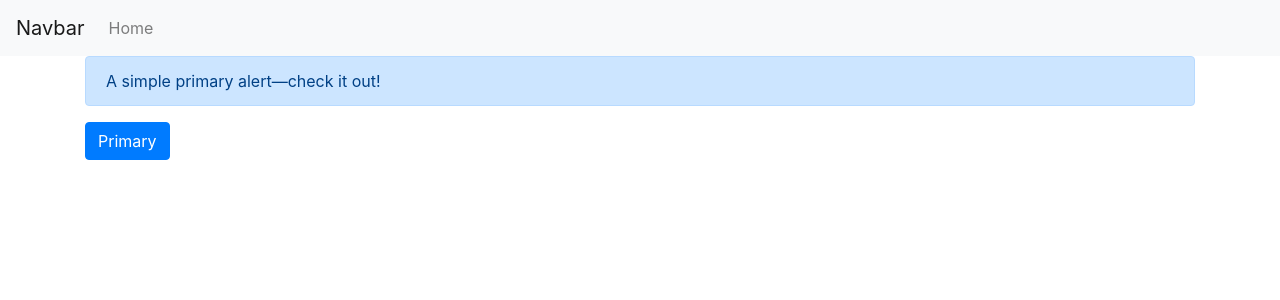
Repository: woodyalan/bootstrap-4
Page: componentes.html
The author's editor kept a copy of each file at every save. The page is drawn from the files as they stood at one save, then again after the next save.
The browser window is 1280 px wide. The pictures show the whole page.

Above is the page before, as saved 2020-09-08 22:49:45.

After the next save:
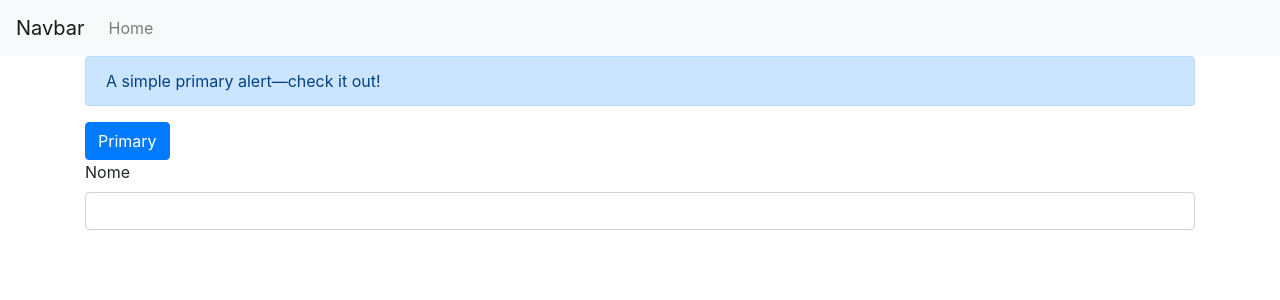
Saved 2 min 26 s later.
--- a/componentes.html
+++ b/componentes.html
@@ -37,6 +37,13 @@
       <div class="alert alert-primary" role="alert">A simple primary alert—check it out!</div>
 
       <button type="button" class="btn btn-primary">Primary</button>
+
+      <form>
+        <div class="form-group">
+          <label for="nome">Nome</label>
+          <input type="text" class="form-control" name="nome" />
+        </div>
+      </form>
     </div>
 
     <!-- JS, Popper e jQuery -->
